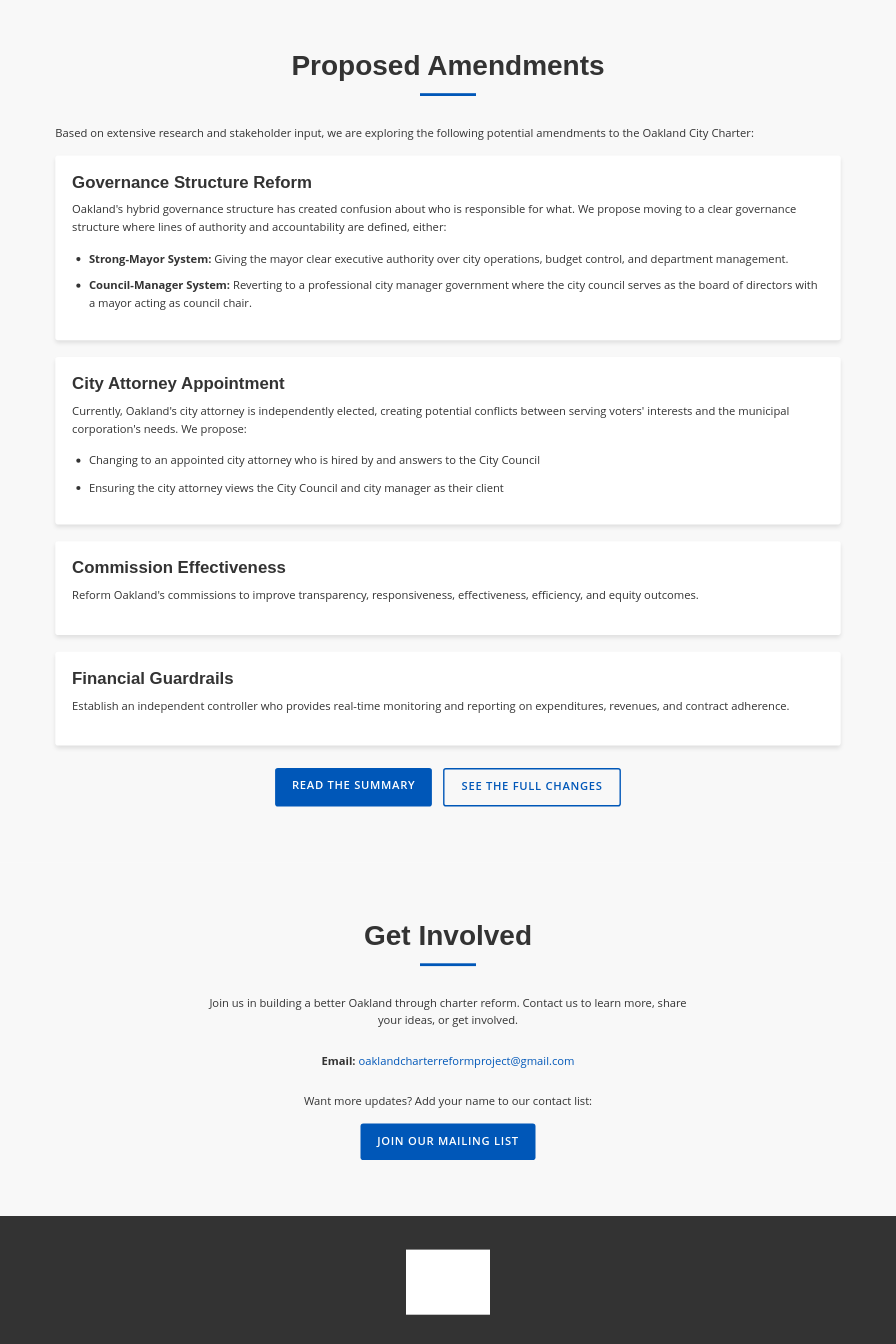
Repository: bgould132/oaklandcharterreform
Page: index.html
An editor plug-in stored every save of this project. The page is shown before and after the next save, followed by the edit.
The browser window is 1280 px wide. The pictures show the part of the page from y = 3263 to 5183 px (the page is 5556 px tall before and 5581 px after), at 70% of full size.

Above is the page before, as saved 2025-04-07 10:09:32.

After the next save:
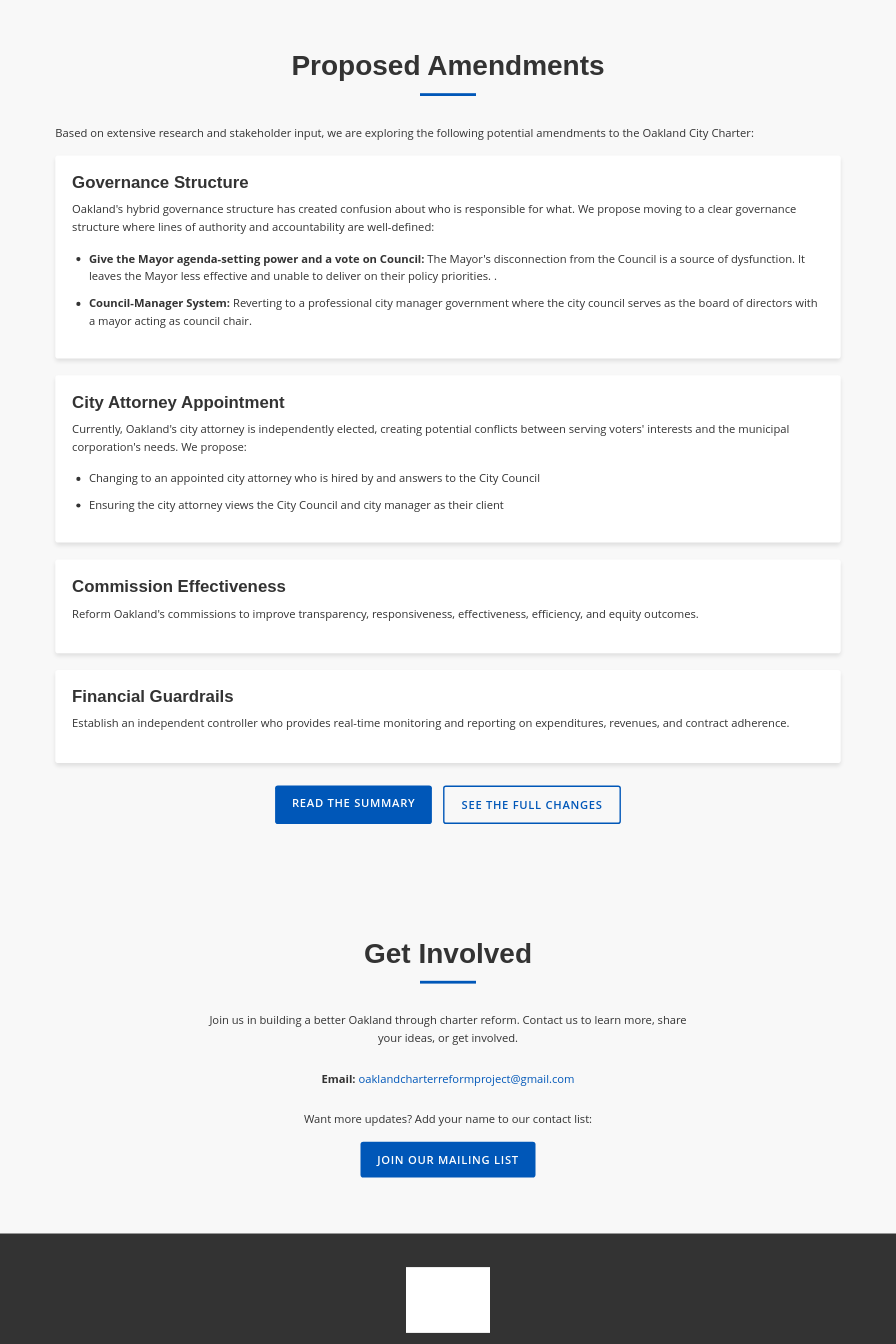
Saved 13 s later.
--- a/index.html
+++ b/index.html
@@ -182,10 +182,10 @@
                         <p>Based on extensive research and stakeholder input, we are exploring the following potential amendments to the Oakland City Charter:</p>
 
                         <div class="amendment-card">
-                            <h3>Governance Structure Reform</h3>
-                            <p>Oakland's hybrid governance structure has created confusion about who is responsible for what. We propose moving to a clear governance structure where lines of authority and accountability are defined, either:</p>
+                            <h3>Governance Structure</h3>
+                            <p>Oakland's hybrid governance structure has created confusion about who is responsible for what. We propose moving to a clear governance structure where lines of authority and accountability are well-defined:</p>
                             <ul class="amendment-list">
-                                <li><strong>Strong-Mayor System:</strong> Giving the mayor clear executive authority over city operations, budget control, and department management.</li>
+                                <li><strong>Give the Mayor agenda-setting power and a vote on Council:</strong> The Mayor's disconnection from the Council is a source of dysfunction. It leaves the Mayor less effective and unable to deliver on their policy priorities. .</li>
                                 <li><strong>Council-Manager System:</strong> Reverting to a professional city manager government where the city council serves as the board of directors with a mayor acting as council chair.</li>
                             </ul>
                         </div>
@@ -246,7 +246,7 @@
                     <p>&copy; 2025 Oakland Charter Reform Project. All rights reserved.</p>
                     <p>In the spirit of a better Oakland,</p>
                     <div class="signature">
-                        <img src="images/steve and ben and nancy signature.jpg" alt="Signatures of Steven Falk, Ben Gould, and Nancy Falk" class="signature-img">
+                        <img src="images/logo/steve and ben and nancy signature.jpg" alt="Signatures of Steven Falk, Ben Gould, and Nancy Falk" class="signature-img">
                         <p>Steven Falk, Ben Gould, and Nancy Falk<br>
                         Oakland Charter Reform Project Organizers</p>
                     </div>

After the save that followed:
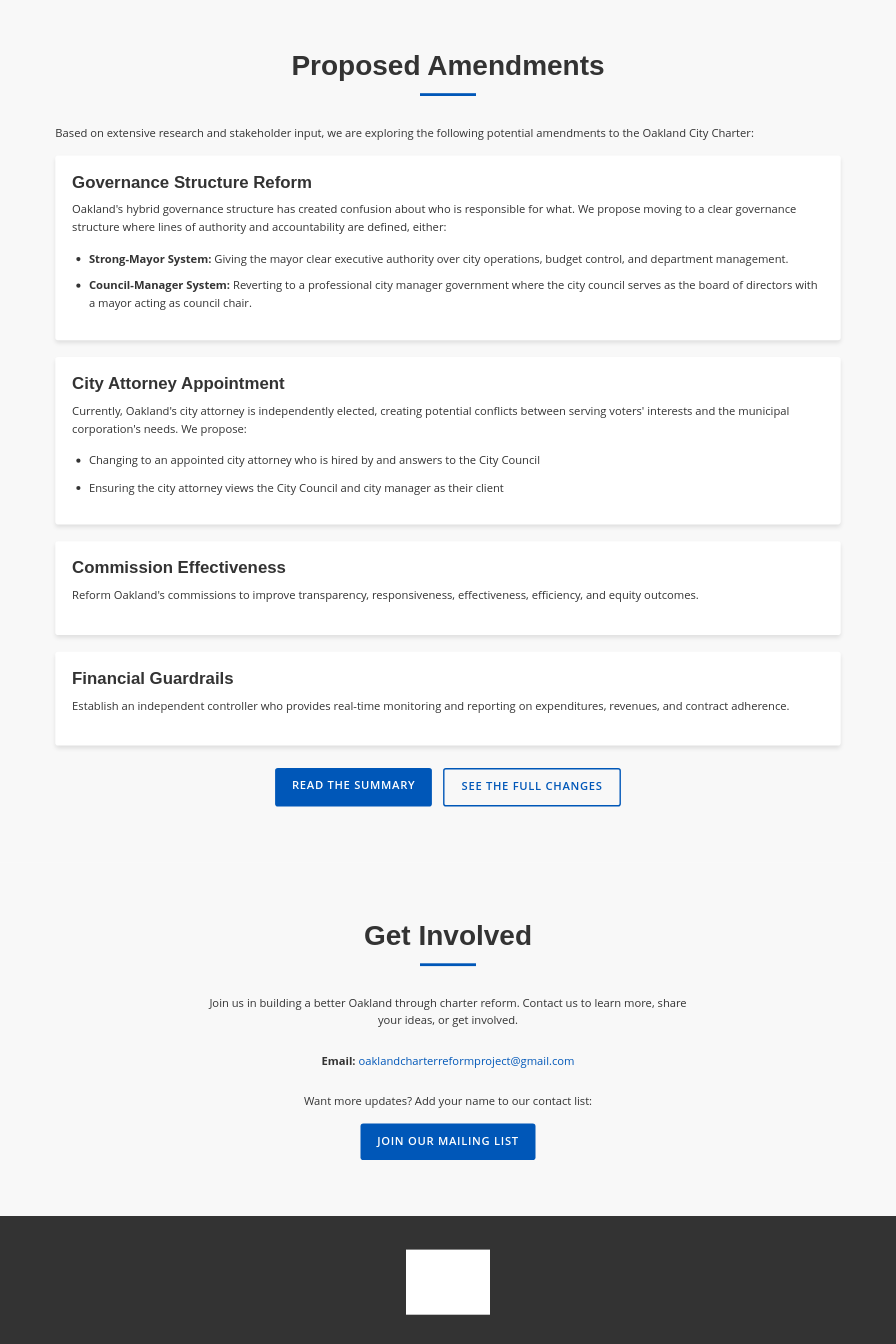
Saved 16 s later.
--- a/index.html
+++ b/index.html
@@ -182,10 +182,10 @@
                         <p>Based on extensive research and stakeholder input, we are exploring the following potential amendments to the Oakland City Charter:</p>
 
                         <div class="amendment-card">
-                            <h3>Governance Structure</h3>
-                            <p>Oakland's hybrid governance structure has created confusion about who is responsible for what. We propose moving to a clear governance structure where lines of authority and accountability are well-defined:</p>
+                            <h3>Governance Structure Reform</h3>
+                            <p>Oakland's hybrid governance structure has created confusion about who is responsible for what. We propose moving to a clear governance structure where lines of authority and accountability are defined, either:</p>
                             <ul class="amendment-list">
-                                <li><strong>Give the Mayor agenda-setting power and a vote on Council:</strong> The Mayor's disconnection from the Council is a source of dysfunction. It leaves the Mayor less effective and unable to deliver on their policy priorities. .</li>
+                                <li><strong>Strong-Mayor System:</strong> Giving the mayor clear executive authority over city operations, budget control, and department management.</li>
                                 <li><strong>Council-Manager System:</strong> Reverting to a professional city manager government where the city council serves as the board of directors with a mayor acting as council chair.</li>
                             </ul>
                         </div>
